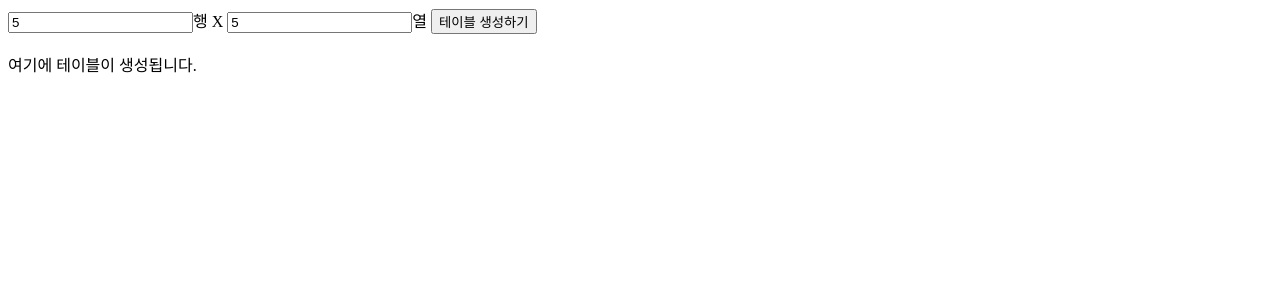
Repository: l3asic/TeamC
Page: 09.jQuery/WebContent/jq04.html
The author's editor kept a copy of each file at every save. The page is drawn from the files as they stood at one save, then again after the next save.
The browser window is 1280 px wide. The pictures show the whole page.
Empty fields were first filled with sample values (such as "Sample", 5 or name@example.com).
After loading, the first visible `#btn` was clicked once.

Above is the page before, as saved 2021-12-08 07:22:24.

### 09.jQuery/WebContent/jq04.html
<!DOCTYPE html>
<html>
<head>
<meta charset="UTF-8">
<title>jQuery04</title>

<script type="text/javascript" src="https://code.jquery.com/jquery-3.6.0.min.js"></script>
<script type="text/javascript" src="jquery/jquery-3.6.0.js"></script>
<script type="text/javascript">
$(function(){
	$("#btn").click(function(){
		var row = $("#row").val();
		var col = $("#col").val();
		//alert("row : " + row + "\ncol : " + col);

		var html = "<table border='1'>";
		for(var i = 0; i < row; i++){
			html += "<tr align='center'>";
			for(var j = 0; j < col; j++){
				html += "<td>";
				html += (i + 1) + "행 " + (j + 1) + "열";
				html += "</td>";
			}//for
			html += "</tr>";
		}//for
		html += "</table>";
		alert(html);

	});	//click()
});	//ready()
</script>

</head>
<body>
<input type="number" id="row" min="1"/>행 X <input type="number" id="col" min="1"/>열
<button id="btn">테이블 생성하기</button>

<br/><br/>

<div id="display">
여기에 테이블이 생성됩니다.
</div>
</body>
</html>

Loaded but not shown: 09.jQuery/WebContent/jquery/jquery-3.6.0.js (library)

After the next save:
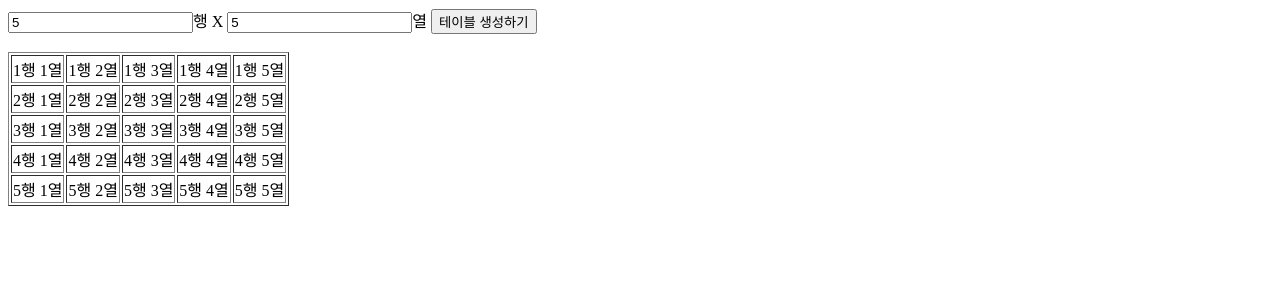
Saved 2 min 13 s later.
--- a/09.jQuery/WebContent/jq04.html
+++ b/09.jQuery/WebContent/jq04.html
@@ -24,8 +24,9 @@ $(function(){
 			html += "</tr>";
 		}//for
 		html += "</table>";
-		alert(html);
+		//alert(html);
 
+		$("#display").html(html);
 	});	//click()
 });	//ready()
 </script>
